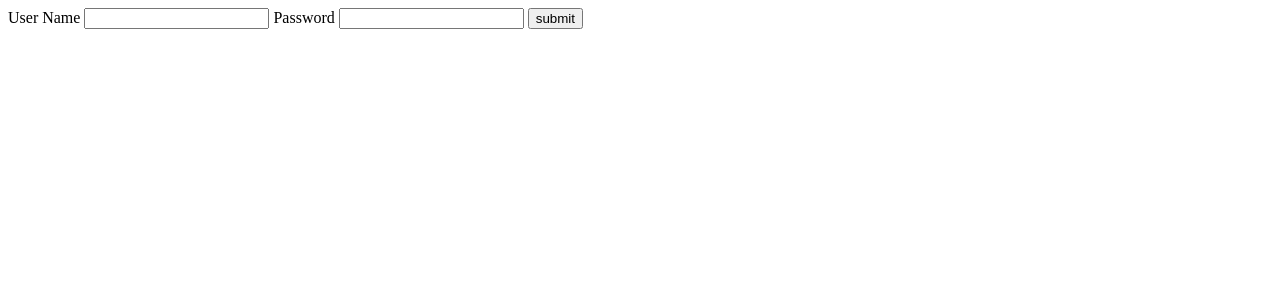
Repository: sajibalam8/WaqarArshad-Project
Page: http://localhost/Session_May_2016_Web/loginSuccess.jsp
These files come from the project's save history. The page is drawn as it stood at one moment and after the next save; the edit follows.
The browser window is 1280 px wide. The pictures show the whole page.
The page is served by Tomcat 9.

Above is the page before, as saved 2016-07-14 01:44:05.

After the next save:
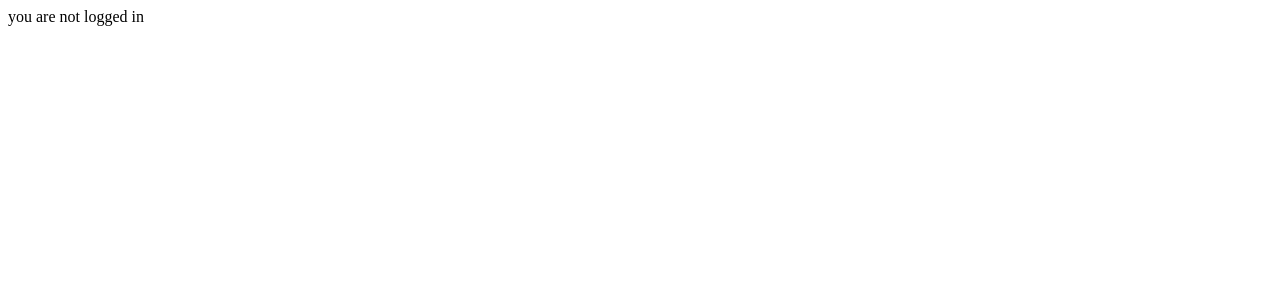
Saved 64 s later.
--- a/Session_May_2016_Web/WebContent/loginSuccess.jsp
+++ b/Session_May_2016_Web/WebContent/loginSuccess.jsp
@@ -11,7 +11,7 @@
 
 <%
 if (session.getAttribute("userName") == null)
-	request.getRequestDispatcher("login.jsp").forward(request, response);
+	out.println("you are not logged in");
 
 if (session.getAttribute("userName") != null)
 	out.println("you are logged in");

After the 2 saves that followed:
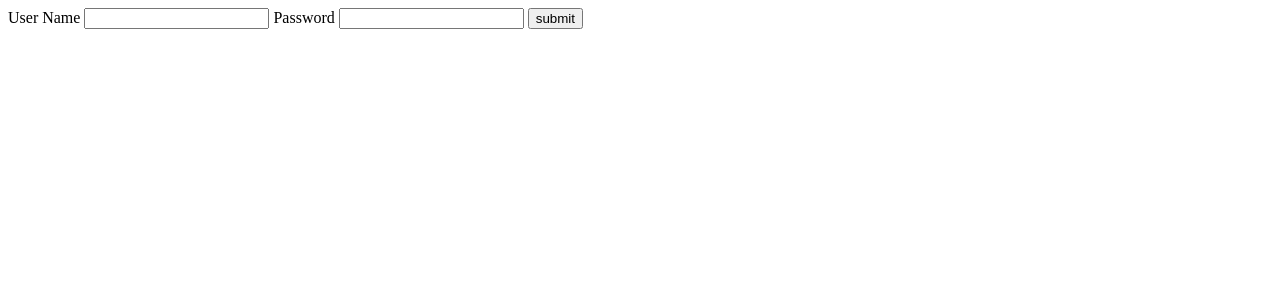
The 2 saves are shown as one change because 1 left the picture as it was.
The last was saved 5 min 21 s later.
--- a/Session_May_2016_Web/WebContent/loginSuccess.jsp
+++ b/Session_May_2016_Web/WebContent/loginSuccess.jsp
@@ -11,7 +11,7 @@
 
 <%
 if (session.getAttribute("userName") == null)
-	out.println("you are not logged in");
+	request.getRequestDispatcher("login.jsp").forward(request, response);
 
 if (session.getAttribute("userName") != null)
 	out.println("you are logged in");
--- a/Session_May_2016_Web/WebContent/login.jsp
+++ b/Session_May_2016_Web/WebContent/login.jsp
@@ -8,7 +8,7 @@
 </head>
 <body>
 
-<form action="Login" method="post">
+<form action="Login" method="get">
 User Name
 <input type="text" name="userName" >
 Password
